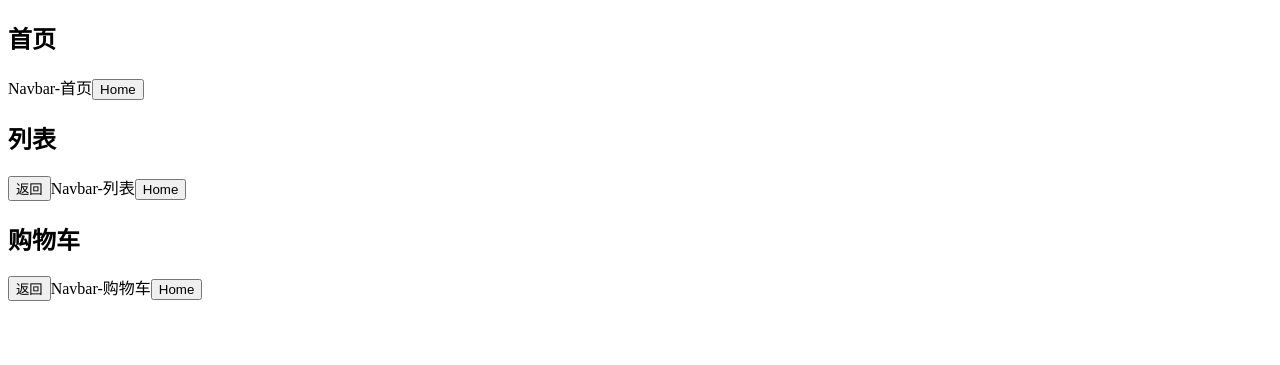
Repository: zenghao518518/React
Page: /
An editor plug-in stored every save of this project. The page is shown before and after the next save, followed by the edit.
The browser window is 1280 px wide. The pictures show the whole page.
The project was rebuilt for these pictures with package versions that can differ from the ones it lists, and the page was loaded fresh each time.

Above is the page before, as saved 2023-07-24 18:34:19.

After the next save:
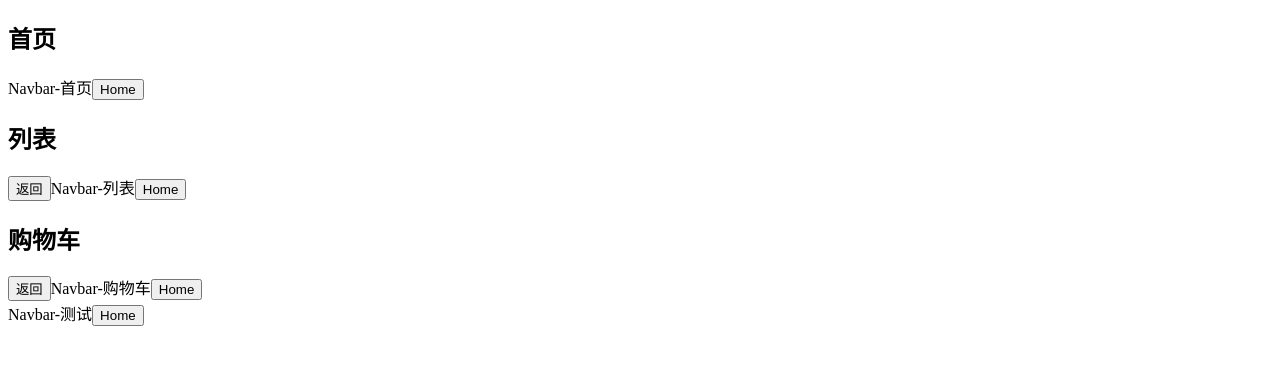
Saved 5 min 46 s later.
--- a/src/01-base/16-prop.js
+++ b/src/01-base/16-prop.js
@@ -2,11 +2,17 @@ import React, { Component } from "react";
 import Navbar from "./Navbar";
 export default class App extends Component {
   render() {
+    //上面父组件传来的一个对象
+    var obj = {
+      title: "测试",
+      leftshow: false,
+    };
+
     return (
       <div>
         <div>
           <h2>首页</h2>
-          <Navbar title="首页" leftshow={false}/>
+          <Navbar title="首页" leftshow={false} />
         </div>
         <div>
           <h2>列表</h2>
@@ -14,8 +20,11 @@ export default class App extends Component {
         </div>
         <div>
           <h2>购物车</h2>
-          <Navbar title="购物车"  leftshow={true}/>
+          <Navbar title="购物车" leftshow={true} />
         </div>
+
+        <Navbar title={obj.title} leftshow={obj.leftshow} />
+
       </div>
     );
   }
